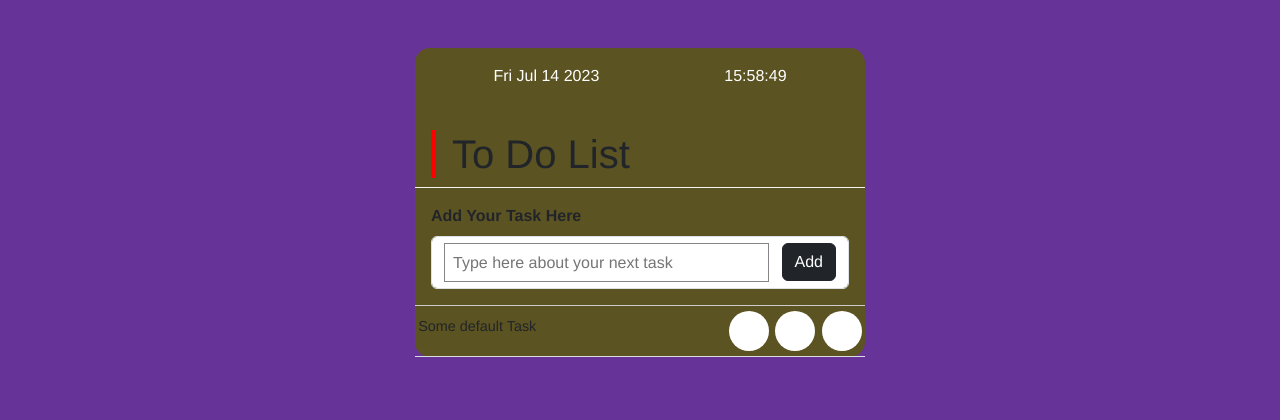
Repository: Passionblaz/TODO
Page: TODO/Untitled-1.html
An editor plug-in stored every save of this project. The page is shown before and after the next save, followed by the edit.
The browser window is 1280 px wide. The pictures show the whole page.

Above is the page before, as saved 2023-07-14 16:05:25.

### TODO/Untitled-1.html
<!DOCTYPE html>
<html lang="en">
<head>
  <meta charset="UTF-8">
  <meta name="viewport" content="width=device-width, initial-scale=1.0">
  <title>Document</title>
  <link href="https://cdn.jsdelivr.net/npm/bootstrap@5.3.0/dist/css/bootstrap.min.css" rel="stylesheet" integrity="sha384-9ndCyUaIbzAi2FUVXJi0CjmCapSmO7SnpJef0486qhLnuZ2cdeRhO02iuK6FUUVM" crossorigin="anonymous">
  <!-- Bootstrap Bundle JS (jsDelivr CDN) -->
  <script defer src="https://cdn.jsdelivr.net/npm/bootstrap@5.3.0/dist/js/bootstrap.bundle.min.js" integrity="sha384-geWF76RCwLtnZ8qwWowPQNguL3RmwHVBC9FhGdlKrxdiJJigb/j/68SIy3Te4Bkz" crossorigin="anonymous"></script>
  <link rel="stylesheet" href="todostyles.css">
  <script src="main.js" defer></script>
</head>
<body onload="time()">
<div class="todo-container">
  <div class="date-hour">
    <p id="date">Date</p>
    <p id="hour">Hour</p>
  </div>

<header>
  <h1>To Do List</h1>
</header>
<!-- Add Tasks -->

<form action="" id="todo-form">
  <p>Add Your Task Here</p>
<div class="form-control">
<input type="text" id="todo-input" placeholder="Type here about your next task">
<div class="button">
  <button type="submit" class="btn btn-dark">Add</button>
 </div>
</div>

</form>
<!-- Edit The Tasks-->
<form action="" id="edit-form" class="hide">
  <p>Edit Your Task</p>
<div class="form-control">
<input type="text" id="edit-input" placeholder="Type here about your next task">
<div class="button2">
  <button type="button" class="btn btn-dark">Add</button>
 </div>
</div>
<button type="button" id="cancel-edit-btn">All</button>
<button type="button" id="active-task-btn">Active</button>
<button type="button" id="completed-task-btn">Completed</button>
</form>
<!-- Task List-->
<div class="todo-list" id="todo-list">
  <div class="todo">
    <h3>Some default Task</h3>
    <button class="finished-todo">
      <i class="fa-solid fa-check"></i>
    </button>
    <button class="edit-todo">
      <i class="fa-solid fa-pen"></i>
    </button>
    <button class="remove-todo">
      <i class="fa-solid fa-xmark"></i>
    </button>
  </div>
</div>
</div>



</body>
</html>

### TODO/todostyles.css
*{
  padding: 0;
  margin: 0;
  box-sizing: border-box;
}
body{
  font-family: 'Franklin Gothic Medium', 'Arial Narrow', Arial, sans-serif;
  background: rebeccapurple;

}
.form-control {
  display: flex;
}
.form-control input {
  flex: 1;
  outline: 0;
box-shadow: none;
border: 1px solid #858585;
}
.form-control button:hover {
  background-color: green;
}
.date-hour {
  display: flex;
  justify-content: space-around;
  align-items:center;
  padding: 1rem 1rem 1.5rem 1rem;
  font-size: 16px;
  color: white;
}
button {
  background-color: darkorange;
  color: blue;
  border: 2px solid red;
  padding: 0.2rem 0.4rem;
  font-size: .8rem;
  cursor: pointer;
  justify-content: center;
  align-items: center;
  transition: .4s;
  border: 1px solid orange;
}
button:hover {
  background-color: orangered;
  color: white;
}
button > i {
  font-weight: bold;
  pointer-events: none;
}
input {
  padding: .4rem .5rem;
}
.hide {
  display: none;
}
.todo-container {
  background-color: #5c5323;
  border-radius: 15px;
  width: 450px;
  margin: 3rem auto;
  padding: 1.5.rem;
}
.todo-container header {
  padding: 0.1rem 1rem;
border-bottom: 1px solid whitesmoke;
}
header >h1 {
  padding-left: 16px;
  border-left: 5px solid red;
}

#todo-form, #edit-form {
  padding: 1rem;
  border-bottom: 1px solid #ccc;
}
#todo-form > p, #edit-form > p {
  margin-bottom: .5rem;
  font-weight: bold;
}
.form-control >input {
  margin-right: .8rem;
}
#cancel-edit-btn {
  margin-top: 1rem;
}
#active-edit-btn {
  margin-top: 1rem;
}
#completed-edit-btn {
  margin-top: 1rem;
}
.todo {
  display: flex;
  justify-content: space-around;
  align-items: center;
  padding: 0.3rem 0.2rem;
  border-bottom: 1px solid #ddd;
transition: .3s;
}
.todo h3 {
  flex: 1;
  font-size: 0.9rem;
}
.todo button {
  margin-left: 0.4rem;
  border-radius: 50%;
  width: 40px;
  height: 40px;
  border: none;
  background-color: white;
}
.done h3 {
  color: white;
  text-decoration: line-through;
  font-style: italic;
}
.todo button:hover, .done button {
background-color: #e9053e;
color: #ecf0f1
}
.done > button:hover {
  background-color: #ecf0f1;
  color: #395169;
}
.todo-list{
  max-height: 220px;
  overflow: auto;
}

### TODO/main.js
const data = new Date ()

const todoForm = document.querySelector("#todo-form")
const todoInput = document.querySelector("#todo-input")
const todoList = document.querySelector("#todo-list")
const editForm = document.querySelector("#edit-form")
const editInput = document.querySelector("#edit-input")
const cancelEdition = document.querySelector("#cancel-edit-btn")
  //Time
const timeElapsed = Date.now();
const today = new Date(timeElapsed);
document.getElementById("date").innerHTML = today.toDateString();
//Time Settings
function time() {
  const data = new Date ();
  let h = data.getHours();
  let m = data.getMinutes();
  let s = data.getSeconds();

  if(h < 10)
    h = "0"+h;
  if (m < 10)
    m = "0" + m;
  if(s < 10)
    s = "0"+s;

    document.getElementById("hour").innerHTML = h +":" + m + ":" + s;
    setTimeout('time()', 500);
}
todoForm.addEventListener("submit", (e) => {
  e.preventDefault();
  const inputValue = todoInput.value;
  if(inputValue)
    saveTodo(inputValue); //Save Function
})
const saveTodo = (text) => {
  const todo = document.createElement("div");
  todo.classList.add("todo");

  const todoTitle = document.createElement("h3");
  todoTitle.innerText = text;
  todo.appendChild(todoTitle);

  const doneBtn = document.createElement("button");
  doneBtn.classList.add("finish-todo");
  //doneBtn.innerHTML = 'i class="fa-solid fa-check"></i>';
  todo.appendChild(doneBtn);

  const editBtn = document.createElement("button");
  editBtn.classList.add("edit-todo");
  editBtn.innerHTML = 'i class="fa-solid fa-check"></i>';
  todo.appendChild(doneBtn);

  const removeBtn = document.createElement("button");
  removeBtn.classList.add("remove-todo");
  removeBtn.innerHTML = 'i class="fa-solid fa-check"></i>';
  todo.appendChild(doneBtn);

  todoList.appendChild(todo);
  todoInput.value = "";
  todoInput.focus();
}

After the next save:
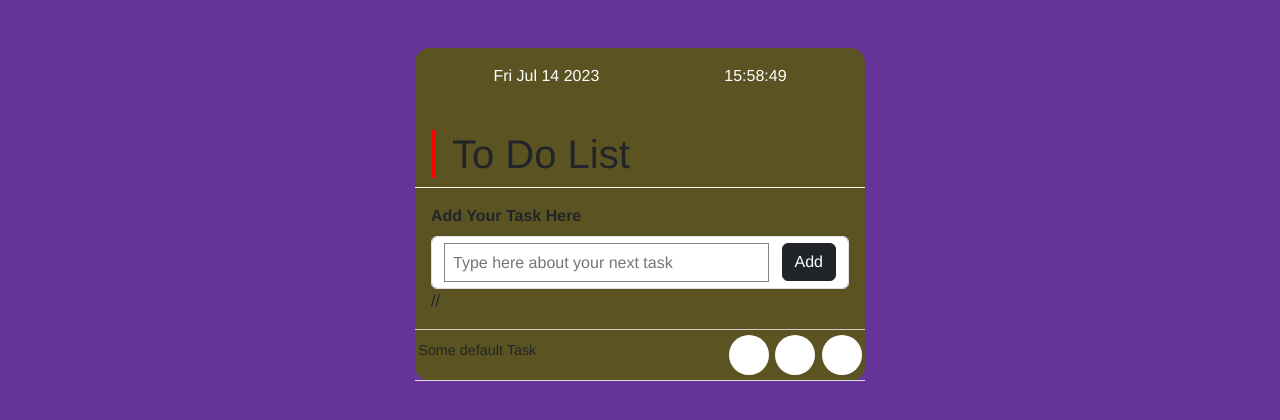
Saved 49 s later.
--- a/TODO/Untitled-1.html
+++ b/TODO/Untitled-1.html
@@ -30,7 +30,7 @@
   <button type="submit" class="btn btn-dark">Add</button>
  </div>
 </div>
-
+//
 </form>
 <!-- Edit The Tasks-->
 <form action="" id="edit-form" class="hide">

After the save that followed:
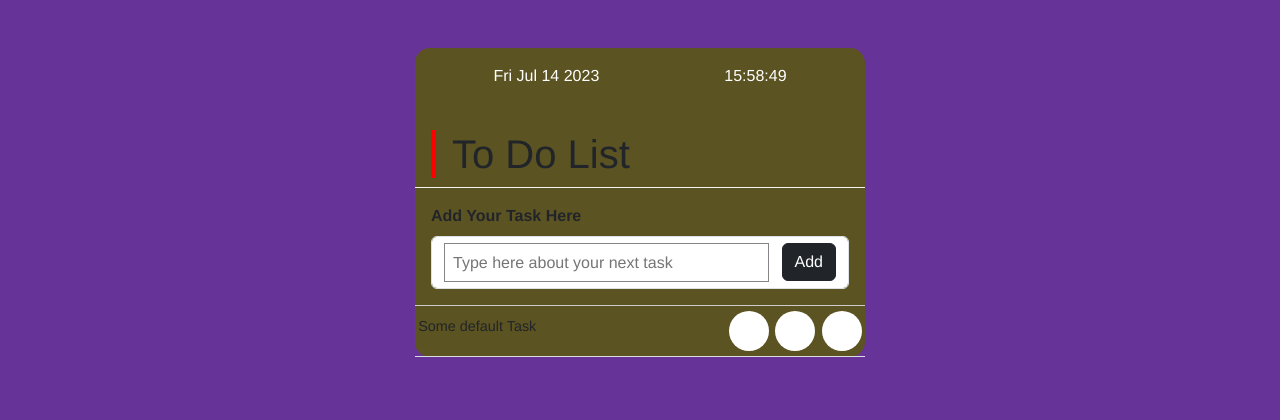
Saved 6 s later.
--- a/TODO/Untitled-1.html
+++ b/TODO/Untitled-1.html
@@ -30,7 +30,7 @@
   <button type="submit" class="btn btn-dark">Add</button>
  </div>
 </div>
-//
+<!---->
 </form>
 <!-- Edit The Tasks-->
 <form action="" id="edit-form" class="hide">
